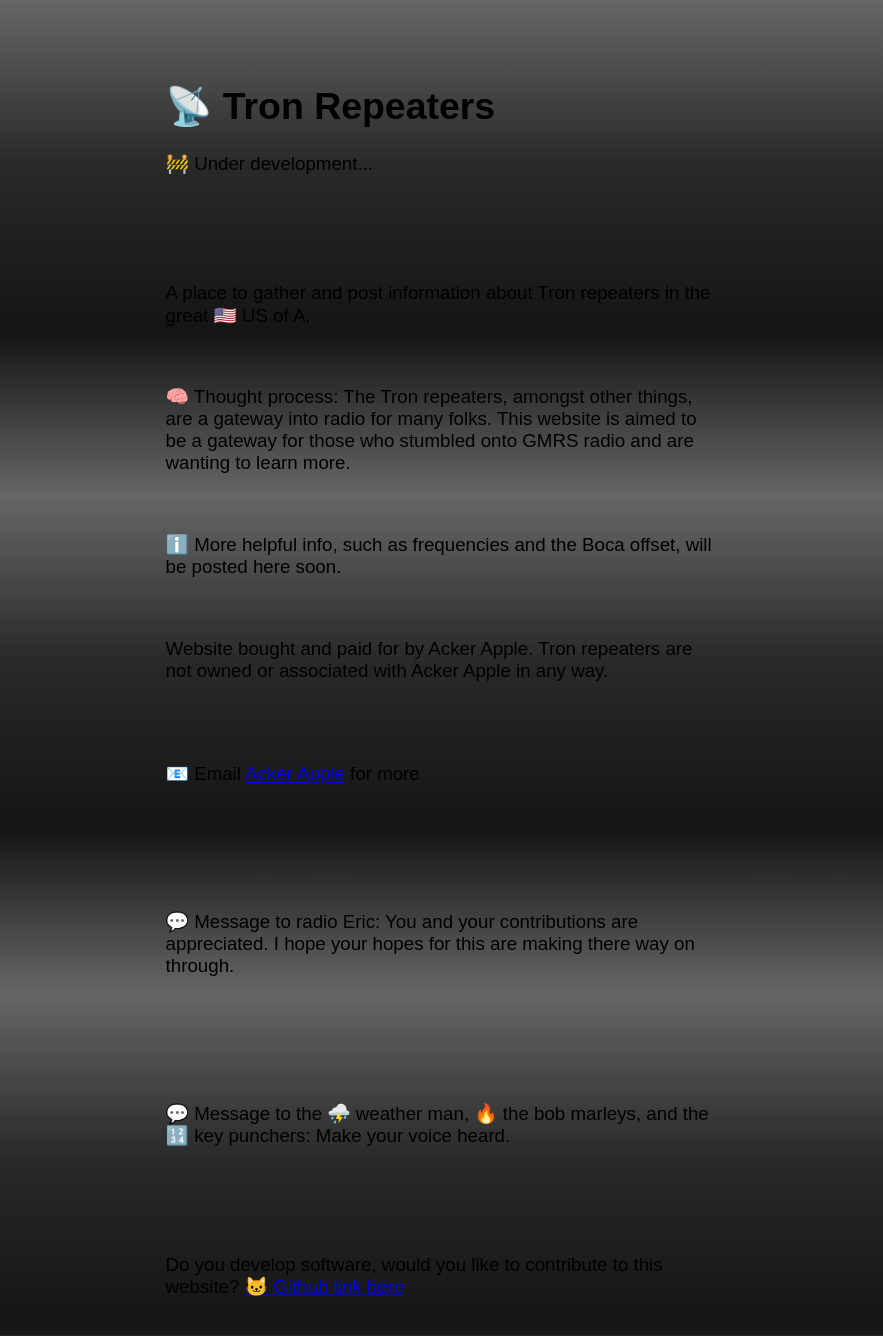
Repository: AckerApple/tronrepeaters
Page: index.html
These files come from the project's save history. The page is drawn as it stood at one moment and after the next save; the edit follows.
The browser window is 1280 px wide. The pictures show the whole page, at 69% of full size.
Backgrounds fixed to the window are drawn as part of the page.

Above is the page before, as saved 2025-01-15 14:44:19.

### index.html
<!DOCTYPE html>
<html lang="en">
<head>
  <title>App</title>
  <meta charset="UTF-8" />
  <meta name="viewport" content="viewport-fit=cover, width=device-width, initial-scale=1, maximum-scale=1, minimum-scale=1, user-scalable=0" />
  <meta name="apple-mobile-web-app-title" content="App" />
  <meta name="apple-mobile-web-app-capable" content="yes" />
  <meta name="apple-mobile-web-app-status-bar-style" content="black" />
  <!-- emoji as favicon -->
  <link rel="icon" href="data:[embedded picture, 141 characters]" />
  <style>
    * {box-sizing:border-box;}
    html, body{
      width:100%;height:100%;padding:0;margin:0;font-family: Arial, Helvetica, sans-serif;
      background: #666 linear-gradient(to top, #666, rgba(0, 0, 0, 0.8), rgba(0, 0, 0, 0.6), rgba(0, 0, 0, 0)) no-repeat; /* Create a gradient from black to transparent */
      background-attachment: fixed;
    }
    html {scroll-behavior:smooth;font-size:calc(22px + .4vw);}
    input[type="checkbox"], input[type="radio"] {width:1em;height:1em;}
    select, textarea, button, input {padding:.5vw;border-radius:.5vw;font-size:.9em;}
    a, summary {cursor: pointer}
  </style>
</head>
<body>
  <noscript style="color:red">Javascript is required but is turned off on your device</noscript>
  <div style="display: flex;justify-content: center;">
    <div style="max-width: 800px;margin:2em;">
      <h1> 📡 Tron Repeaters</h1>
      <div>🚧 Under development...</div>
      <br /><br /><br /><br />
      <p>A place to gather and post information about Tron repeaters in the great 🇺🇸 US of A.</p>
      <br />
      <p>🧠 Thought process: The Tron repeaters, amongst other things, are a gateway into radio for many folks. This website is aimed to be a gateway for those who stumbled onto GMRS radio and are wanting to learn more.</p>
      <br />
      <p>ℹ️ More helpful info, such as frequencies and the Boca offset, will be posted here soon.</p>
      <br />
      <p>Website bought and paid for by Acker Apple. Tron repeaters are not owned or associated with Acker Apple in any way.</p>
      <br /><br />
      <p>📧 Email <a href="mailto:me@ackerapple.com?subject=TronRepeaters">Acker Apple</a> for more</p>
      <br /><br /><br /><br />
      <p>💬 Message to radio Eric: You and your contributions are appreciated. I hope your hopes for this are making there way on through.</p>
      <br /><br /><br /><br />
      <p>💬 Message to the ⛈️ weather man, 🔥 the bob marleys, and the 🔢 key punchers: Make your voice heard.</p>
      <br /><br /><br /><br />
      Do you develop software, would you like to contribute to this website?
      <a href="https://github.com/AckerApple/tronrepeaters">🐱 Github link here</a>
    </div>
  </div>
</body>
</html>

After the next save:
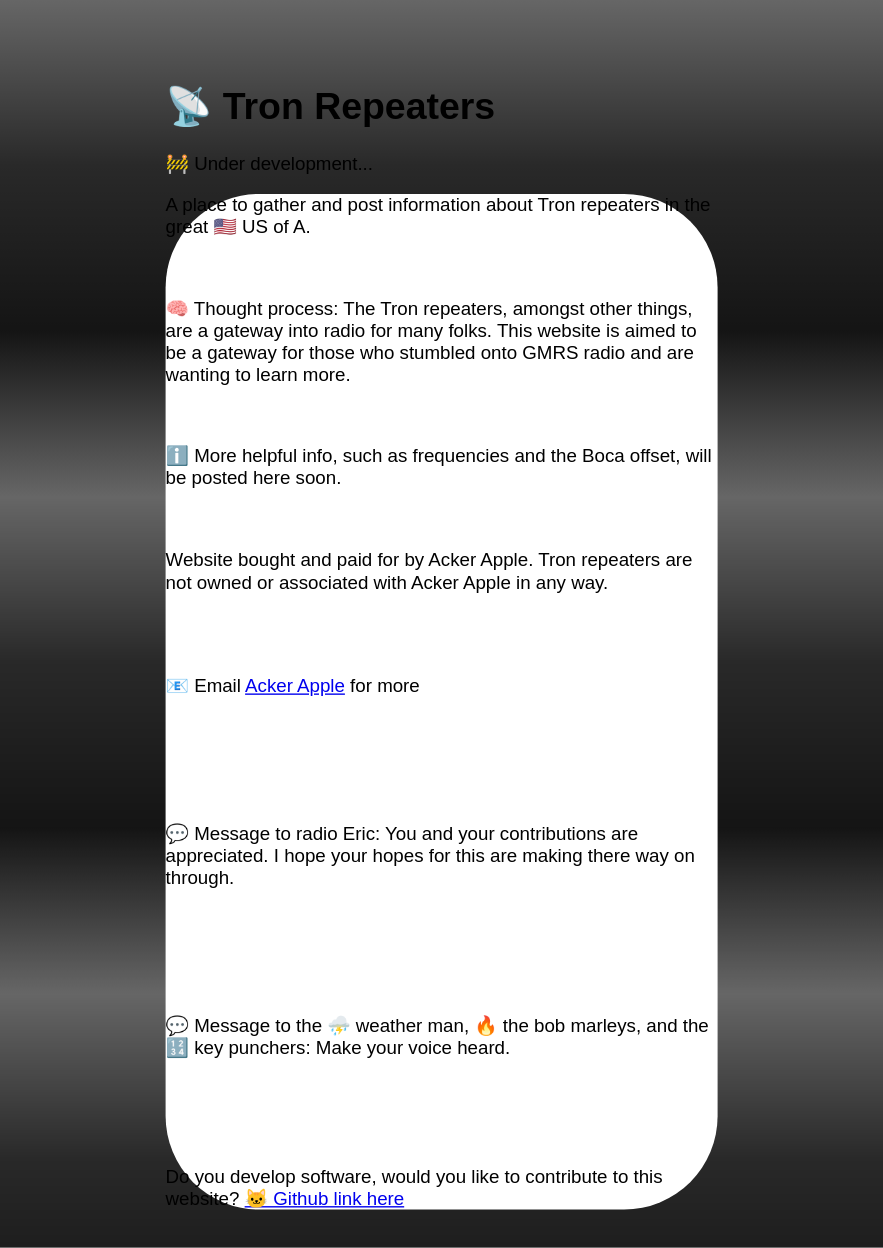
Saved 33 s later.
--- a/index.html
+++ b/index.html
@@ -28,23 +28,25 @@
     <div style="max-width: 800px;margin:2em;">
       <h1> 📡 Tron Repeaters</h1>
       <div>🚧 Under development...</div>
-      <br /><br /><br /><br />
-      <p>A place to gather and post information about Tron repeaters in the great 🇺🇸 US of A.</p>
-      <br />
-      <p>🧠 Thought process: The Tron repeaters, amongst other things, are a gateway into radio for many folks. This website is aimed to be a gateway for those who stumbled onto GMRS radio and are wanting to learn more.</p>
-      <br />
-      <p>ℹ️ More helpful info, such as frequencies and the Boca offset, will be posted here soon.</p>
-      <br />
-      <p>Website bought and paid for by Acker Apple. Tron repeaters are not owned or associated with Acker Apple in any way.</p>
-      <br /><br />
-      <p>📧 Email <a href="mailto:me@ackerapple.com?subject=TronRepeaters">Acker Apple</a> for more</p>
-      <br /><br /><br /><br />
-      <p>💬 Message to radio Eric: You and your contributions are appreciated. I hope your hopes for this are making there way on through.</p>
-      <br /><br /><br /><br />
-      <p>💬 Message to the ⛈️ weather man, 🔥 the bob marleys, and the 🔢 key punchers: Make your voice heard.</p>
-      <br /><br /><br /><br />
-      Do you develop software, would you like to contribute to this website?
-      <a href="https://github.com/AckerApple/tronrepeaters">🐱 Github link here</a>
+      <div style="background-color: white;border-radius: 5em;">
+
+        <p>A place to gather and post information about Tron repeaters in the great 🇺🇸 US of A.</p>
+        <br />
+        <p>🧠 Thought process: The Tron repeaters, amongst other things, are a gateway into radio for many folks. This website is aimed to be a gateway for those who stumbled onto GMRS radio and are wanting to learn more.</p>
+        <br />
+        <p>ℹ️ More helpful info, such as frequencies and the Boca offset, will be posted here soon.</p>
+        <br />
+        <p>Website bought and paid for by Acker Apple. Tron repeaters are not owned or associated with Acker Apple in any way.</p>
+        <br /><br />
+        <p>📧 Email <a href="mailto:me@ackerapple.com?subject=TronRepeaters">Acker Apple</a> for more</p>
+        <br /><br /><br /><br />
+        <p>💬 Message to radio Eric: You and your contributions are appreciated. I hope your hopes for this are making there way on through.</p>
+        <br /><br /><br /><br />
+        <p>💬 Message to the ⛈️ weather man, 🔥 the bob marleys, and the 🔢 key punchers: Make your voice heard.</p>
+        <br /><br /><br /><br />
+        Do you develop software, would you like to contribute to this website?
+        <a href="https://github.com/AckerApple/tronrepeaters">🐱 Github link here</a>
+      </div>
     </div>
   </div>
 </body>
